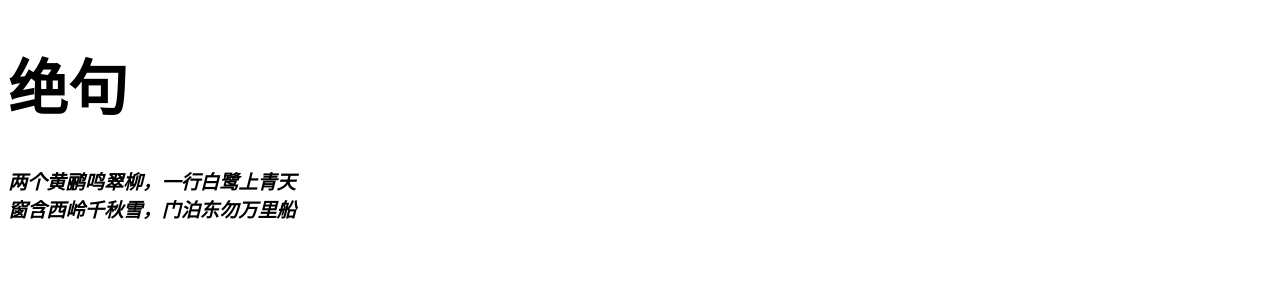
Repository: ljx1197678031/Wed-Design
Page: 01/3.html
The author's editor kept a copy of each file at every save. The page is drawn from the files as they stood at one save, then again after the next save.
The browser window is 1280 px wide. The pictures show the whole page.

Above is the page before, as saved 2020-05-30 14:41:50.

### 01/3.html
<!DOCTYPE html>
<html lang="en">
<head>
    <meta charset="UTF-8">
    <meta name="viewport" content="width=device-width, initial-scale=1.0">
    <title>Document</title>
    <style>
        h1{
            font-family: "仿宋";
            font-size: 60px;
        }
        p{
            font-family: "微软雅黑";
            font-size: larger;
            font-style: italic;
            font-weight: bolder;
            color: ;
        }
    </style>
</head>
<body>
    <h1>绝句</h1>
    <p>两个黄鹂鸣翠柳，一行白鹭上青天
    <br/>窗含西岭千秋雪，门泊东勿万里船
    </p>
</body>
</html>

After the next save:
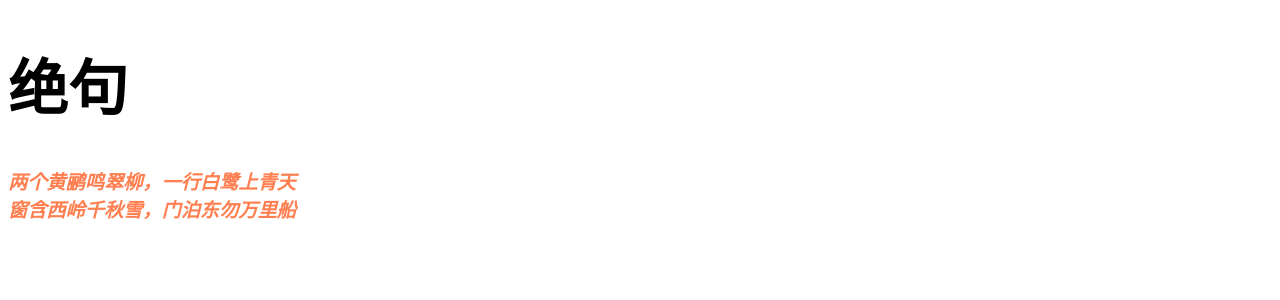
Saved 17 s later.
--- a/01/3.html
+++ b/01/3.html
@@ -14,7 +14,7 @@
             font-size: larger;
             font-style: italic;
             font-weight: bolder;
-            color: ;
+            color: coral;
         }
     </style>
 </head>
